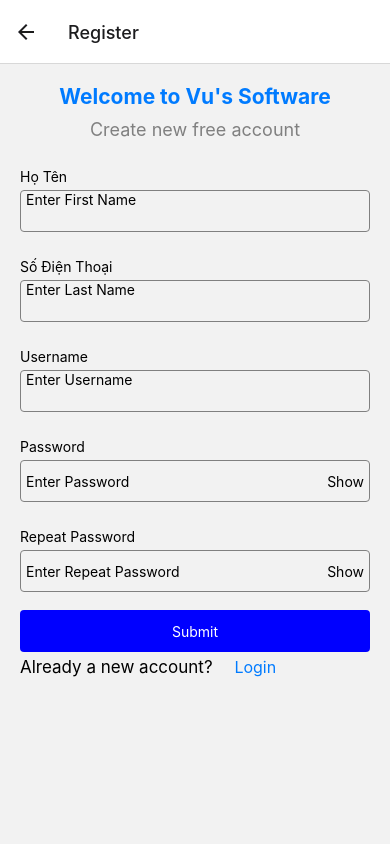
Repository: quangvucot/nntm
Screen: /Register
An editor plug-in stored every save of this project. The screen is shown before and after the next save, followed by the edit.
The app was drawn by React Native's web renderer in a window 390 px wide. The project was rebuilt for these pictures with package versions that can differ from the ones it lists, and the page was loaded fresh each time. Also part of the build but not shown: src/components/Common/Icons/index.js, src/screens/Sensor/index.js, src/screens/Setting/index.js, src/navigations/HomeNavigator.js, src/navigations/SlideMenu/style.js, src/navigations/SlideMenu/index.js, src/navigations/DrawerNavigator.js, src/components/Common/Message/styles.js and 1 more.

Above is the screen before, as saved 2021-11-12 15:13:27.

After the next save:
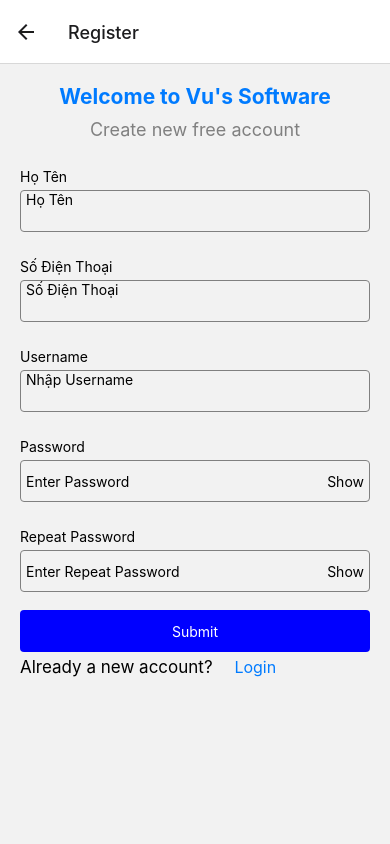
Saved 67 s later.
--- a/src/components/Signup/index.js
+++ b/src/components/Signup/index.js
@@ -38,19 +38,19 @@ const RegisterComponent = ({
           <Input
             lable="Họ Tên"
             iconPosition="right"
-            placehoder="Enter First Name"
+            placehoder="Họ Tên"
             onChangeText={() => {}}
           />
           <Input
             lable="Số Điện Thoại"
             iconPosition="right"
-            placehoder="Enter Last Name"
+            placehoder="Số Điện Thoại"
             onChangeText={() => {}}
           />
           <Input
             lable="Username"
             iconPosition="right"
-            placehoder="Enter Username"
+            placehoder="Nhập Username"
             onChangeText={() => {}}
           />
           <Input
